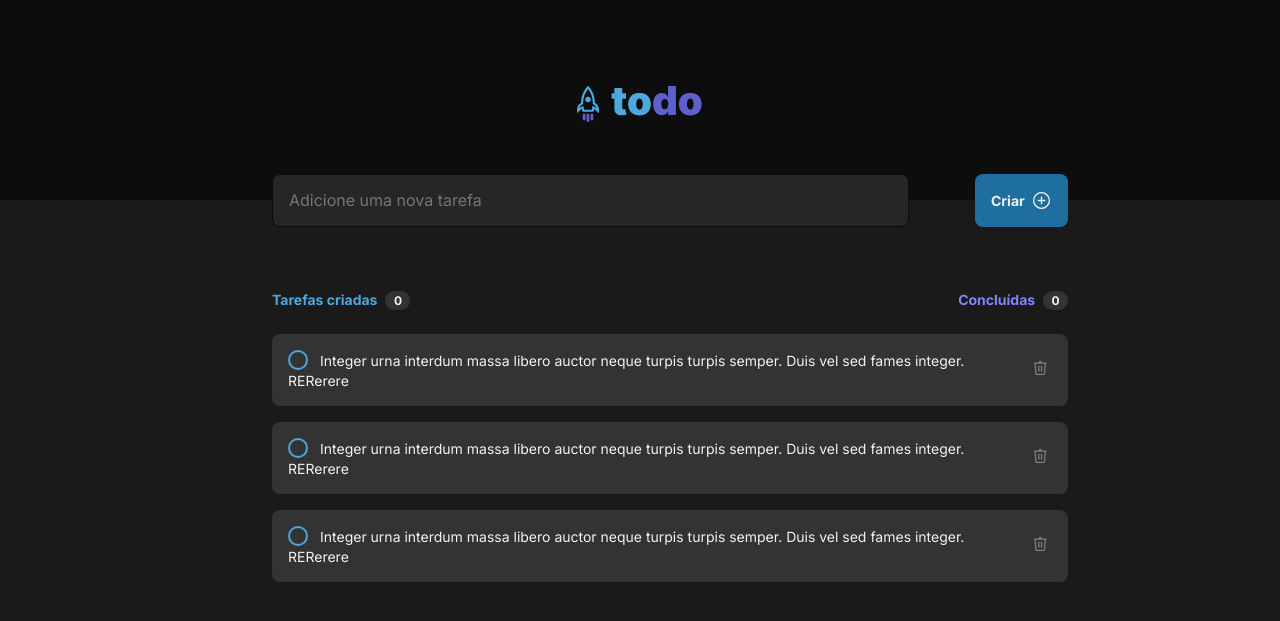
Repository: viniimartins/ToDoListROCKETSEAT
Page: /
An editor plug-in stored every save of this project. The page is shown before and after a run of saves, followed by the edit.
The browser window is 1280 px wide. The pictures show the whole page.
The project was rebuilt for these pictures with package versions that can differ from the ones it lists, and the page was loaded fresh each time. Also part of the build but not shown: vite.config.ts.

Above is the page before, as saved 2023-05-08 14:27:05.

After the next 2 saves:
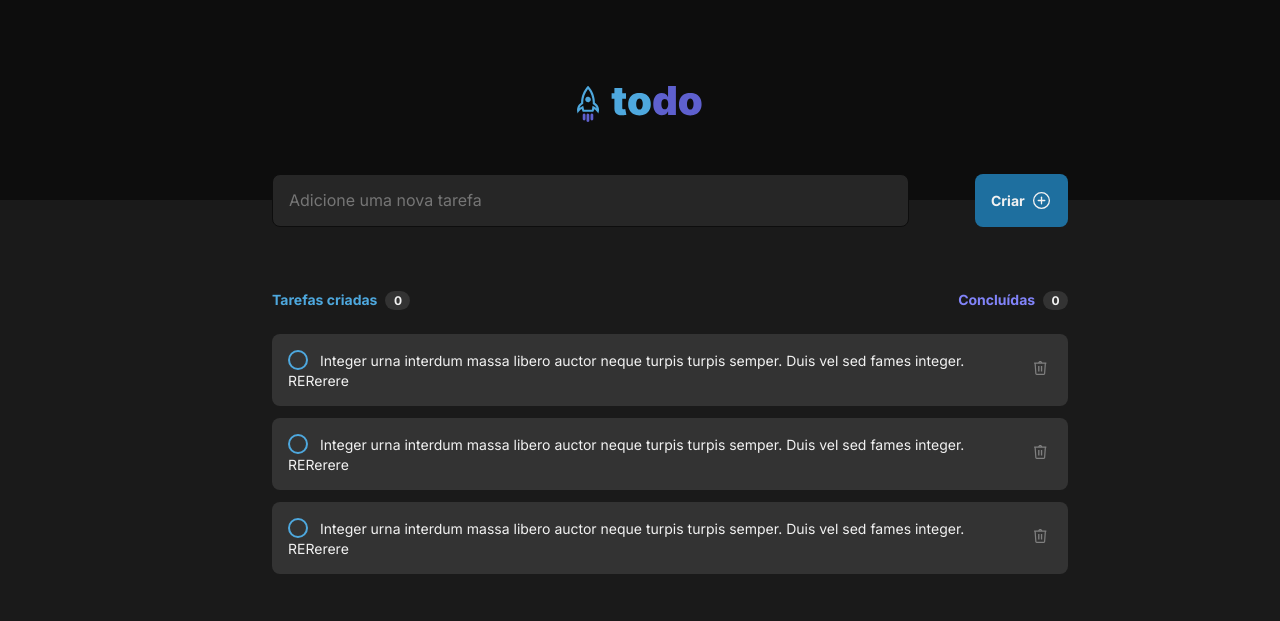
The 2 saves are shown as one change because they came seconds apart.
The last was saved 29 s later.
--- a/src/Components/TaskCreated.module.css
+++ b/src/Components/TaskCreated.module.css
@@ -7,7 +7,7 @@
   height: 4.5rem;
   border-radius: 0.5rem;
   padding: 1rem;
-  margin-bottom: 1rem;
+  margin-bottom: 0.75rem;
 }
 
 .checkbox {
